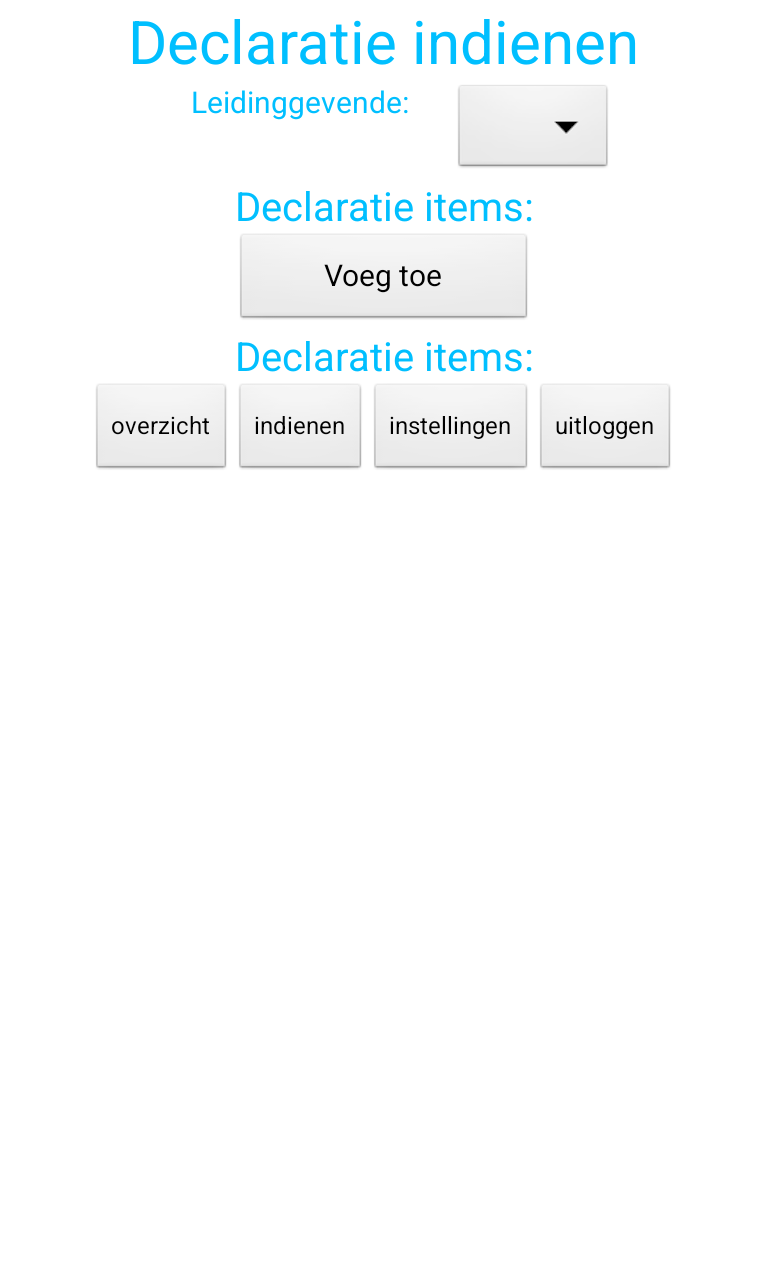
Repository: alexanderbolhuis/ilmoitus_mobile
Layout: LoginActivity/res/layout/activity_declare.xml
An editor plug-in stored every save of this project. The layout is shown before and after a run of saves, followed by the edit.
It is drawn on a 768 x 1280 px phone screen (xhdpi) without system bars, with theme AppTheme; the app's code is not run.

Above is the layout before, as saved 2014-05-04 20:51:12.

### LoginActivity/res/layout/activity_declare.xml
<?xml version="1.0" encoding="utf-8"?>
<LinearLayout xmlns:android="http://schemas.android.com/apk/res/android"
    xmlns:tools="http://schemas.android.com/tools"
    android:layout_width="fill_parent"
    android:layout_height="fill_parent"
    android:orientation="vertical"
    tools:ignore="all" >

    <TextView
        android:id="@+id/person_title"
        android:layout_width="wrap_content"
        android:layout_height="wrap_content"
        android:layout_gravity="center_horizontal"
        android:text="Declaratie indienen"
        android:textColor="#00BFFF"
        android:textSize="30dp" />

    <TableLayout
        android:layout_width="fill_parent"
        android:layout_height="wrap_content"
        android:orientation="vertical" >

        <TableRow
            android:id="@+id/tableRow1"
            android:layout_width="match_parent"
            android:layout_height="wrap_content"
            android:gravity="center_horizontal" >

            <TextView
                android:layout_width="match_parent"
                android:layout_height="wrap_content"
                android:text="Leidinggevende: "
                android:textColor="#00BFFF"
                android:textSize="15dp"
                android:gravity="center"/>

            <Spinner
                android:id="@+id/spinner1"
                android:layout_width="match_parent"
		        android:layout_height="wrap_content"
                android:gravity="center"
                android:prompt="@string/prompt_spinner"
                android:width="10px" />
        </TableRow>

        <TableRow
            android:id="@+id/tableRow2"
            android:layout_width="match_parent"
            android:layout_height="wrap_content"
            android:gravity="center_horizontal">

            <TextView
		        android:layout_width="match_parent"
		        android:layout_height="wrap_content"
		        android:text="Declaratie items:"
		        android:textColor="#00BFFF"
		        android:gravity="center"
		        android:textSize="20dp" />
       </TableRow>

       <!-- <ListView
        android:id="@+id/list"
        android:layout_width="match_parent"
        android:layout_height="0dp"
        android:layout_weight="1"
        android:layout_marginTop="50dp"
        android:gravity="center" /> -->

        <TableRow
            android:id="@+id/tableRow3"
            android:layout_width="match_parent"
            android:layout_height="wrap_content"
            android:gravity="center_horizontal">

            <Button
		        android:layout_width="match_parent"
		        android:layout_height="wrap_content"
		        android:text="Voeg toe"
		        android:gravity="center"
		        android:textSize="15dp" />
        </TableRow>

        <TableRow
            android:id="@+id/tableRow4"
            android:layout_width="match_parent"
            android:layout_height="wrap_content"
            android:gravity="center_horizontal">

            <TextView
		        android:layout_width="match_parent"
		        android:layout_height="wrap_content"
		        android:text="Declaratie items:"
		        android:textColor="#00BFFF"
		        android:gravity="center"
		        android:textSize="20dp" />
       </TableRow>

	</TableLayout>

    <LinearLayout
        android:layout_width="match_parent"
        android:layout_height="wrap_content"
        android:gravity="center" >

        <!-- TODO: make icons for the buttons -->

        <Button
            android:id="@+id/buttonOvervieuw"
            android:layout_width="wrap_content"
            android:layout_height="wrap_content"
            android:onClick="onButtonClick"
            android:text="@string/overvieuw"
            android:textSize="12sp" />

        <Button
            android:id="@+id/buttonDeclare"
            android:layout_width="wrap_content"
            android:layout_height="wrap_content"
            android:onClick="onDeclareButtonClick"
            android:text="@string/declare"
            android:textSize="12sp" />

        <Button
            android:id="@+id/buttonSetting"
            android:layout_width="wrap_content"
            android:layout_height="wrap_content"
            android:onClick="onButtonClick"
            android:text="@string/settings"
            android:textSize="12sp" />

        <Button
            android:id="@+id/buttonLogout"
            android:layout_width="wrap_content"
            android:layout_height="wrap_content"
            android:onClick="onButtonClick"
            android:text="@string/log_out"
            android:textSize="12sp" />
    </LinearLayout>

</LinearLayout>

### LoginActivity/res/values/styles.xml
<?xml version="1.0" encoding="utf-8"?>
<resources>

    <!--
Base application theme, dependent on API level. This theme is replaced
by AppBaseTheme from res/values-vXX/styles.xml on newer devices.

-->
    <style name="AppBaseTheme" parent="android:Theme.Light">
        <!--
Theme customizations available in newer API levels can go in
res/values-vXX/styles.xml, while customizations related to
backward-compatibility can go here.

-->
    </style>

    <!-- Application theme. -->
    <style name="AppTheme" parent="android:Theme.Light">
        <!-- All customizations that are NOT specific to a particular API-level can go here. -->
    </style>

    <style name="LoginFormContainer">
        <item name="android:layout_width">match_parent</item>
        <item name="android:layout_height">wrap_content</item>
        <item name="android:padding">16dp</item>
    </style>
    <color name="coloredText">#0000FF</color>
    <color name="background">#FFFFFF</color>

</resources>

### LoginActivity/res/values/strings.xml
<?xml version="1.0" encoding="utf-8"?>
<resources>

    <string name="app_name">Ilmoitus</string>
    <string name="action_settings">Settings</string>
    <string name="hello_world">Hello world!</string>
    <string name="declare">indienen</string>
    <string name="log_out">uitloggen</string>
    <string name="overvieuw">overzicht</string>
    <string name="settings">instellingen</string>
    <string name="title_activity_declare">DeclareActivity</string>
    <string name="title_activity_declare_item">DeclareItemActivity</string>

    <string name="prompt_spinner"></string>

</resources>

After the next 3 saves:
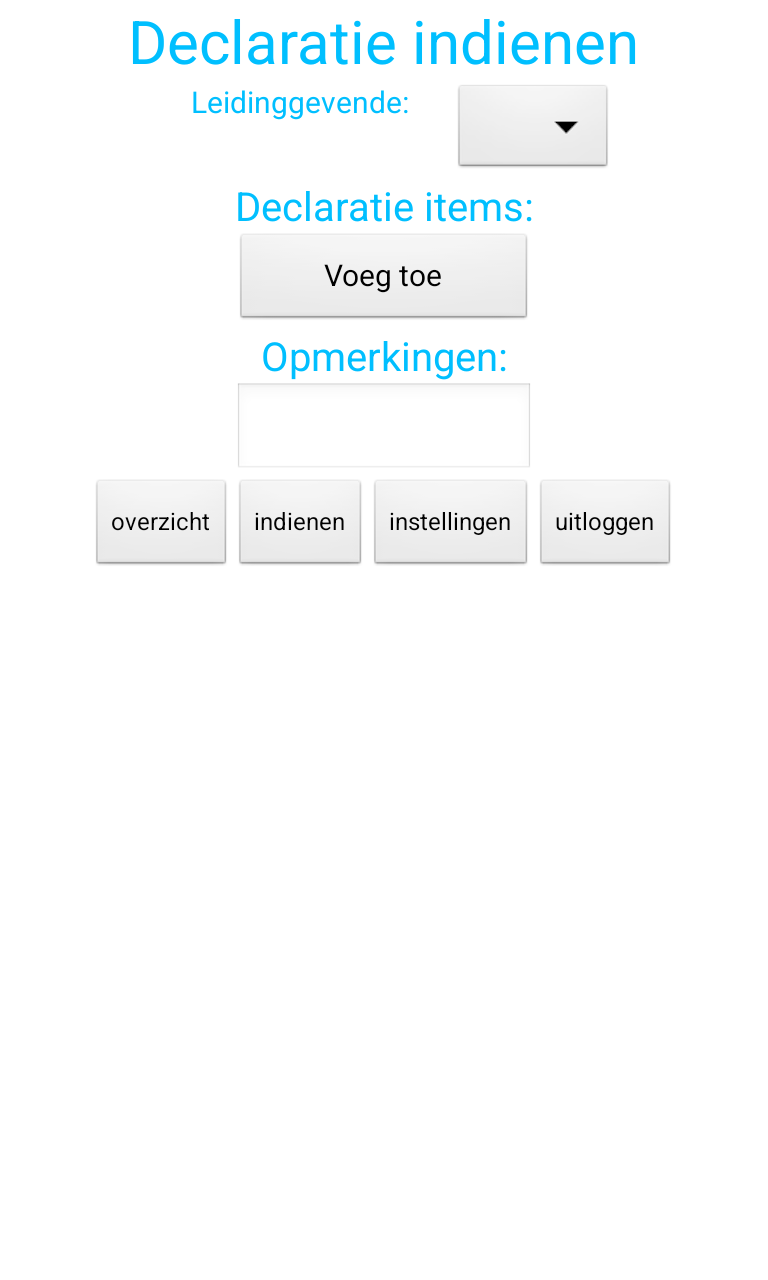
The 3 saves are shown as one change because 2 did not build or start.
The last was saved 115 min 13 s later.
--- a/LoginActivity/res/layout/activity_declare.xml
+++ b/LoginActivity/res/layout/activity_declare.xml
@@ -89,11 +89,27 @@
             <TextView
 		        android:layout_width="match_parent"
 		        android:layout_height="wrap_content"
-		        android:text="Declaratie items:"
+		        android:text="Opmerkingen:"
 		        android:textColor="#00BFFF"
 		        android:gravity="center"
 		        android:textSize="20dp" />
        </TableRow>
+
+        <TableRow
+            android:id="@+id/tableRow5"
+            android:layout_width="match_parent"
+            android:layout_height="wrap_content"
+            android:gravity="center_horizontal" >
+
+            <MultiAutoCompleteTextView
+                android:layout_width="fill_content"
+                android:layout_height="wrap_content"
+                android:gravity="center"
+                android:width="500px" />
+
+
+
+        </TableRow>
 
 	</TableLayout>
 
